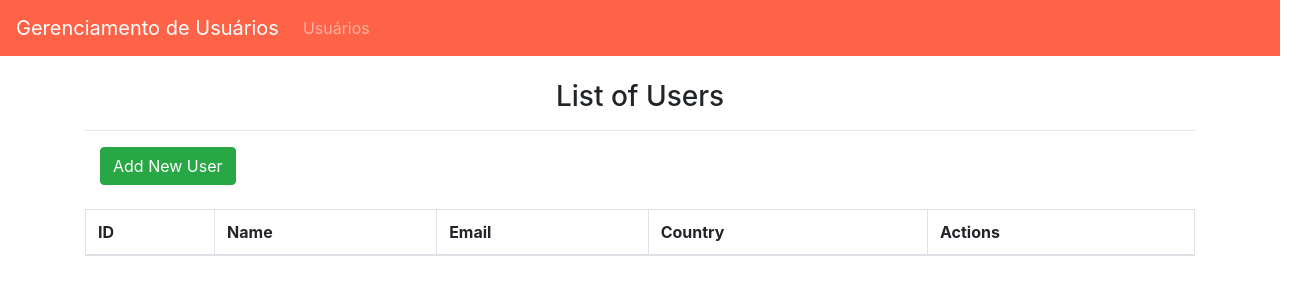
Repository: diegosena7/EstudosJSP
Page: http://localhost/CRUD/
An editor plug-in stored every save of this project. The page is shown before and after the next save, followed by the edit.
The browser window is 1280 px wide. The page is 1295 px wide, so the pictures cover 1295 px, including what lies to the right of the window. The pictures show the whole page.
The page is served by Tomcat 9. Other server files are loaded and not shown. Queries for data that is not in the repository find no rows.

Above is the page before, as saved 2021-07-04 17:22:34.

### CRUD/WebContent/user-list.jsp
<%@ page language="java" contentType="text/html; charset=UTF-8"
	pageEncoding="UTF-8"%>
<%@ taglib uri="http://java.sun.com/jsp/jstl/core" prefix="c"%>
<html>
<head>
<title>Aplicativo de Gerenciamento de Usuários</title>
<link rel="stylesheet"
	href="https://stackpath.bootstrapcdn.com/bootstrap/4.3.1/css/bootstrap.min.css"
	integrity="sha384-ggOyR0iXCbMQv3Xipma34MD+dH/1fQ784/j6cY/iJTQUOhcWr7x9JvoRxT2MZw1T"
	crossorigin="anonymous">
</head>
<body>

	<header>
		<nav class="navbar navbar-expand-md navbar-dark"
			style="background-color: tomato">
			<div>
				<a href="https://www.javaguides.net" class="navbar-brand"> Gerenciamento de Usuários </a>
			</div>

			<ul class="navbar-nav">
				<li><a href="<%=request.getContextPath()%>/list"
					class="nav-link">Usuários</a></li>
			</ul>
		</nav>
	</header>
	<br>

	<div class="row">
		<!-- <div class="alert alert-success" *ngIf='message'>{{message}}</div> -->

		<div class="container">
			<h3 class="text-center">List of Users</h3>
			<hr>
			<div class="container text-left">

				<a href="<%=request.getContextPath()%>/new" class="btn btn-success">Add
					New User</a>
			</div>
			<br>
			<table class="table table-bordered">
				<thead>
					<tr>
						<th>ID</th>
						<th>Name</th>
						<th>Email</th>
						<th>Country</th>
						<th>Actions</th>
					</tr>
				</thead>
				<tbody>
					<!--   for (Todo todo: todos) {  -->
					<c:forEach var="user" items="${listUser}">

						<tr>
							<td><c:out value="${user.id}" /></td>
							<td><c:out value="${user.name}" /></td>
							<td><c:out value="${user.email}" /></td>
							<td><c:out value="${user.country}" /></td>
							<td><a href="edit?id=<c:out value='${user.id}' />">Edit</a>
								&nbsp;&nbsp;&nbsp;&nbsp; <a
								href="delete?id=<c:out value='${user.id}' />">Delete</a></td>
						</tr>
					</c:forEach>
					<!-- } -->
				</tbody>

			</table>
		</div>
	</div>
</body>
</html>

### CRUD/src/main/java/controllerServlet/UsuarioServlet.java
package controllerServlet;

import java.io.IOException;
import java.sql.SQLException;
import java.util.List;

import javax.servlet.RequestDispatcher;
import javax.servlet.ServletException;
import javax.servlet.annotation.WebServlet;
import javax.servlet.http.HttpServlet;
import javax.servlet.http.HttpServletRequest;
import javax.servlet.http.HttpServletResponse;

import dao.UsuarioDAO;
import model.Usuario;

/**
 * ControllerServlet.java
 * Este servlet atua como um controlador/controller de requisições web feitas ao aplicativo, tratando de todas as solicitações do usuário.
 * @author Diego Sena
 */

@WebServlet("/")
public class UsuarioServlet extends HttpServlet {

	/** The Constant serialVersionUID. */
	private static final long serialVersionUID = 1L;

	/** The usuario DAO. */
	private UsuarioDAO usuarioDAO;

	/**
	 * Inits the.
	 */
	public void init() {
		usuarioDAO = new UsuarioDAO();
	}

	/**
	 * Do post.
	 * @param request the request
	 * @param response the response
	 * @throws ServletException the servlet exception
	 * @throws IOException Signals that an I/O exception has occurred.
	 */
	protected void doPost(HttpServletRequest request, HttpServletResponse response)	throws ServletException, IOException {
		doGet(request, response);
	}

	/**
	 * Do get.
	 * @param request the request
	 * @param response the response
	 * @throws ServletException the servlet exception
	 * @throws IOException Signals that an I/O exception has occurred.
	 */
	protected void doGet(HttpServletRequest request, HttpServletResponse response) throws ServletException, IOException {
		String action = request.getServletPath();
		try {
			switch (action) {
			case "/new":
				formNovoUsuario(request, response);
				break;
			case "/insert":
				inserirUsuario(request, response);
				break;
			case "/delete":
				deletarUsuarioUnico(request, response);
				break;
			case "/edit":
				formEditarUsuario(request, response);
				break;
			case "/update":
				atualizarUsuarioUnico(request, response);
				break;
			default:
				listarUsuarios(request, response);
				break;
			}
		} catch (SQLException ex) {
			throw new ServletException(ex);
		}
	}

	/**
	 * Listar usuarios.
	 * @param request the request
	 * @param response the response
	 * @throws SQLException the SQL exception
	 * @throws IOException Signals that an I/O exception has occurred.
	 * @throws ServletException the servlet exception
	 */
	private void listarUsuarios(HttpServletRequest request, HttpServletResponse response) throws SQLException, IOException, ServletException {
		List<Usuario> listUser = usuarioDAO.buscarTodosOsUsuarios();
		request.setAttribute("listUser", listUser);
		RequestDispatcher dispatcher = request.getRequestDispatcher("user-list.jsp");
		dispatcher.forward(request, response);
	}

	/**
	 * Form novo usuario.
	 * @param request the request
	 * @param response the response
	 * @throws ServletException the servlet exception
	 * @throws IOException Signals that an I/O exception has occurred.
	 */
	private void formNovoUsuario(HttpServletRequest request, HttpServletResponse response) throws ServletException, IOException {
		RequestDispatcher dispatcher = request.getRequestDispatcher("user-form.jsp");
		dispatcher.forward(request, response);
	}

	/**
	 * Form editar usuario.
	 * @param request the request
	 * @param response the response
	 * @throws SQLException the SQL exception
	 * @throws ServletException the servlet exception
	 * @throws IOException Signals that an I/O exception has occurred.
	 */
	private void formEditarUsuario(HttpServletRequest request, HttpServletResponse response)	throws SQLException, ServletException, IOException {
		int id = Integer.parseInt(request.getParameter("id"));
		Usuario existingUser = usuarioDAO.buscarUsuarioPorId(id);
		RequestDispatcher dispatcher = request.getRequestDispatcher("user-form.jsp");
		request.setAttribute("user", existingUser);
		dispatcher.forward(request, response);

	}

	/**
	 * Inserir usuario.
	 * @param request the request
	 * @param response the response
	 * @throws SQLException the SQL exception
	 * @throws IOException Signals that an I/O exception has occurred.
	 */
	private void inserirUsuario(HttpServletRequest request, HttpServletResponse response) throws SQLException, IOException {
		String nome = request.getParameter("nome");
		String email = request.getParameter("email");
		String pais = request.getParameter("pais");
		Usuario novoUsuario = new Usuario(nome, email, pais);
		usuarioDAO.inserirUsuario(novoUsuario);
		response.sendRedirect("list");
	}

	/**
	 * Atualizar usuario unico.
	 * @param request the request
	 * @param response the response
	 * @throws SQLException the SQL exception
	 * @throws IOException Signals that an I/O exception has occurred.
	 */
	private void atualizarUsuarioUnico(HttpServletRequest request, HttpServletResponse response) throws SQLException, IOException {
		int id = Integer.parseInt(request.getParameter("id"));
		String nome = request.getParameter("nome");
		String email = request.getParameter("email");
		String pais = request.getParameter("pais");

		Usuario usuarioAtualizado = new Usuario(id, nome, email, pais);
		usuarioDAO.atualizarUsuario(usuarioAtualizado);
		response.sendRedirect("list");
	}

	/**
	 * Deletar usuario unico.
	 * @param request the request
	 * @param response the response
	 * @throws SQLException the SQL exception
	 * @throws IOException Signals that an I/O exception has occurred.
	 */
	private void deletarUsuarioUnico(HttpServletRequest request, HttpServletResponse response) throws SQLException, IOException {
		int id = Integer.parseInt(request.getParameter("id"));
		usuarioDAO.deletarUsuario(id);
		response.sendRedirect("list");
	}
}

### CRUD/src/main/java/dao/CriaConexaoDAO.java
package dao;

import java.sql.Connection;
import java.sql.DriverManager;
import java.sql.SQLException;

/**
 * The Class CriaConexaoDAO.
 */
public class CriaConexaoDAO {

	/** The jdbc driver de conexao. */
	final String driver = "com.mysql.cj.jdbc.Driver";

	/** The jdbc URL de conexao. */
	private String jdbcURLDeConexao = "jdbc:mysql://127.0.0.1:3306/crudUsuarios?useTimezone=true&serverTimezone=UTC";

	/** The jdbc nome de usuario. */
	private String jdbcNomeDeUsuario = "root";

	/** The jdbc senha. */
	private String jdbcSenha = "Santosfc@1912";

	/**
	 * Classe de conexão.
	 * @return the connection
	 */
	protected Connection getConnection() {
		Connection connection = null;
		try {
			Class.forName(driver);
			connection = DriverManager.getConnection(jdbcURLDeConexao, jdbcNomeDeUsuario, jdbcSenha);
		} catch (SQLException e) {
			e.printStackTrace();
			System.out.println(e);
		} catch (ClassNotFoundException e) {
			System.out.println(e);
			e.printStackTrace();
		}
		return connection;
	}
}

After the next save:
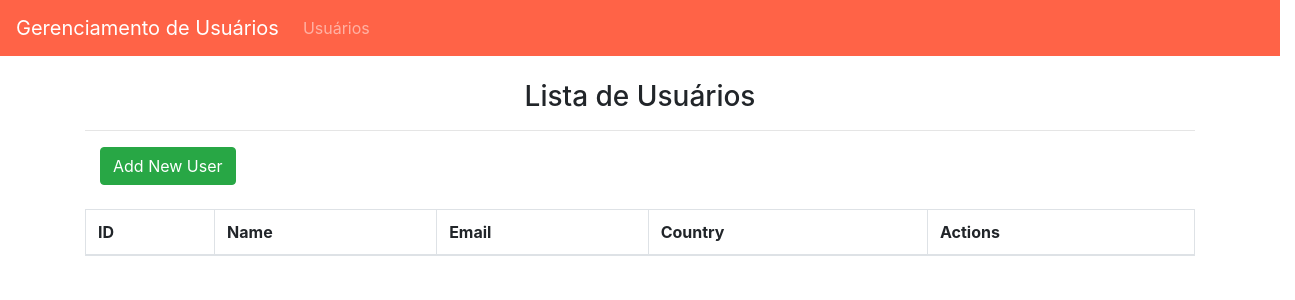
Saved 11 s later.
--- a/CRUD/WebContent/user-list.jsp
+++ b/CRUD/WebContent/user-list.jsp
@@ -30,7 +30,7 @@
 		<!-- <div class="alert alert-success" *ngIf='message'>{{message}}</div> -->
 
 		<div class="container">
-			<h3 class="text-center">List of Users</h3>
+			<h3 class="text-center">Lista de Usuários</h3>
 			<hr>
 			<div class="container text-left">
 
